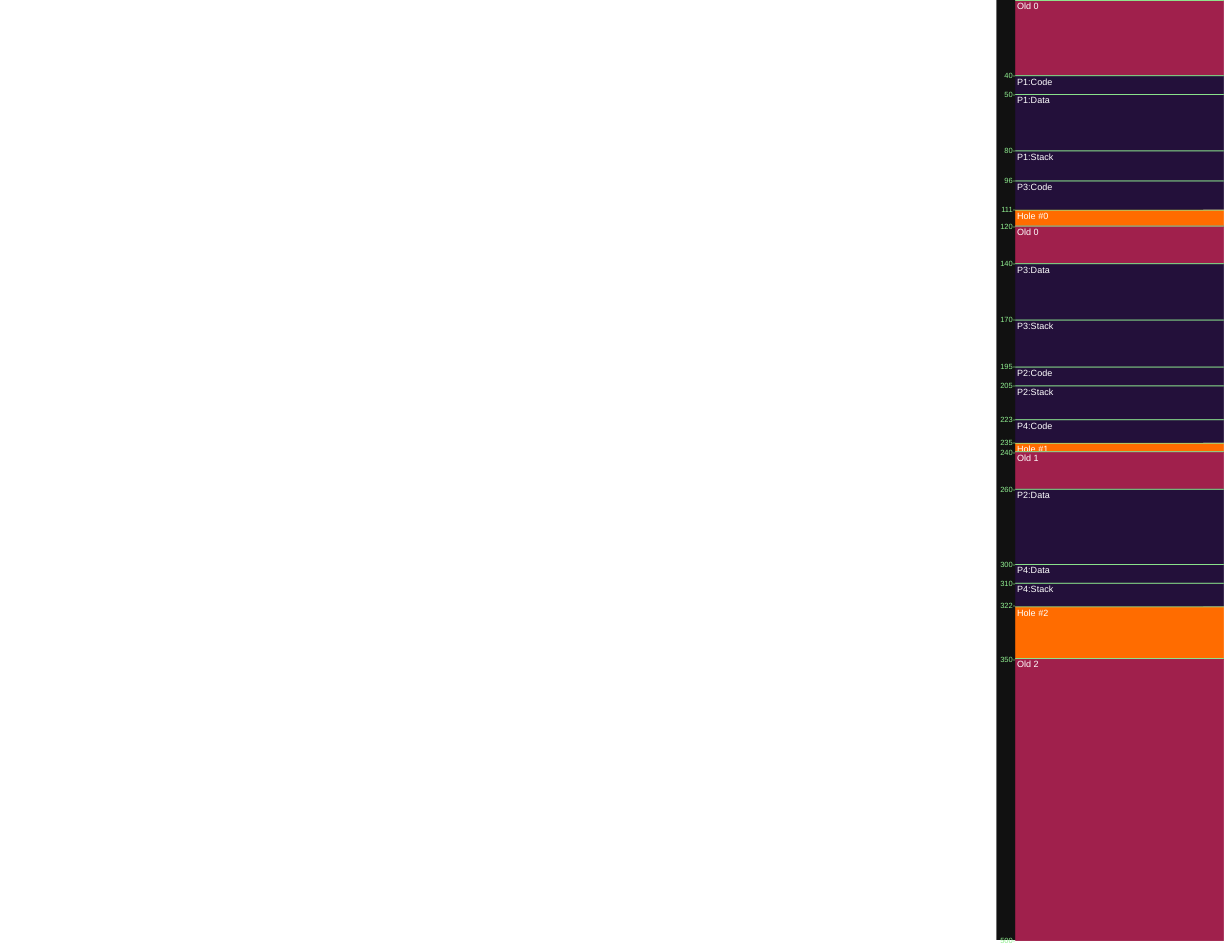
Repository: atout811/memory-allocation-project
Page: /#/final
The author's editor kept a copy of each file at every save. The page is drawn from the files as they stood at one save, then again after the next save.
The browser window is 1280 px wide. The page is 1302 px wide, so the pictures cover 1302 px, including what lies to the right of the window. The pictures show the whole page, at 94% of full size.
The project was rebuilt for these pictures with package versions that can differ from the ones it lists, and the page was loaded fresh each time. Also part of the build but not shown: src/views/MemoryAndHoles.vue, src/views/Process.vue, src/views/Methods.vue.

Above is the page before, as saved 2021-06-09 22:21:21.

After the next save:
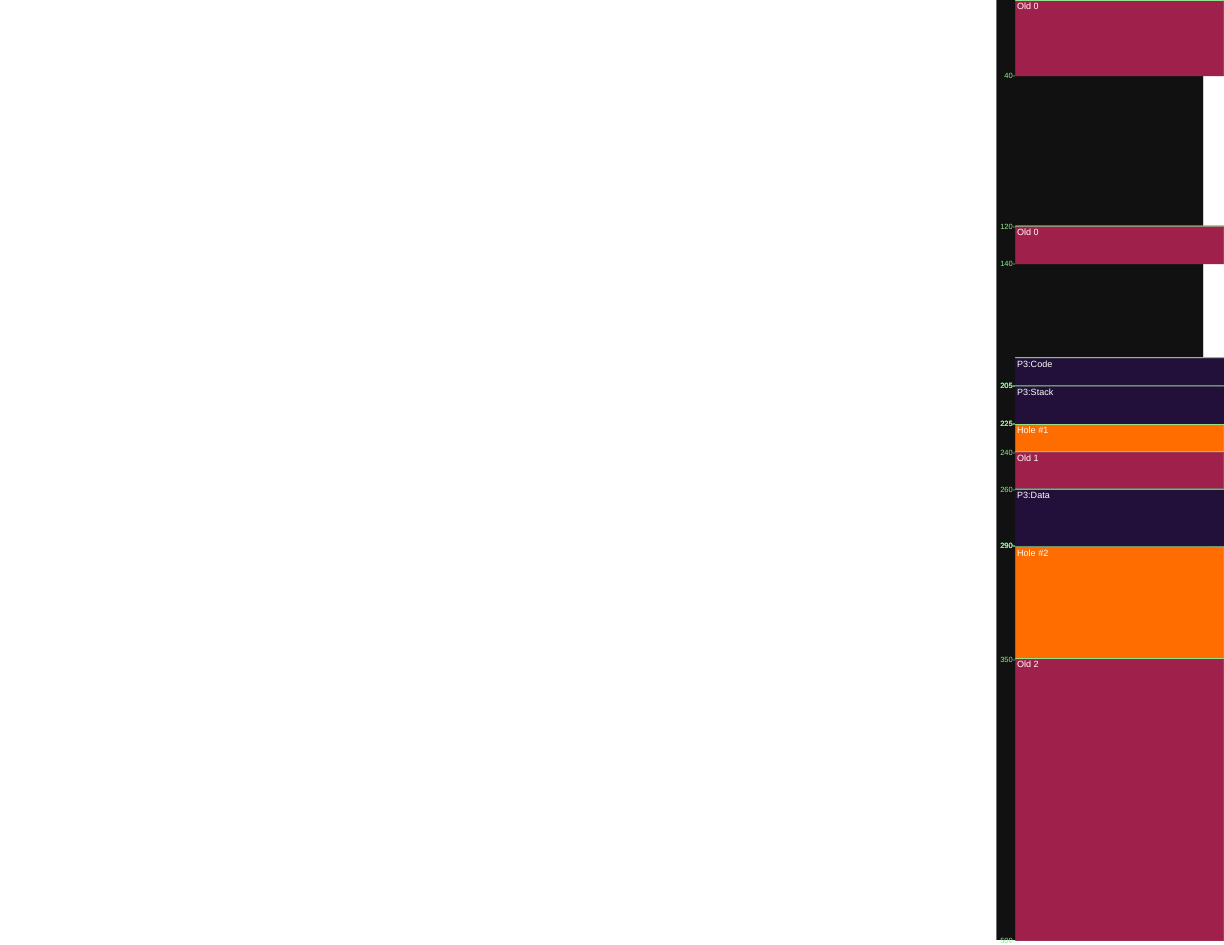
Saved 38 s later.
--- a/src/views/Final.vue
+++ b/src/views/Final.vue
@@ -38,13 +38,8 @@
       }),
       item.name,
     ]);
-    console.log("testoooooo: ", test);
-    let processes = [
-      [null, { code: [10], data: [30], stack: [16] }, "p1"],
-      [null, { code: [15], data: [30], stack: [25] }, "p3"],
-      [null, { code: [10], data: [40], stack: [18] }, "p2"],
-      [null, { code: [12], data: [10], stack: [12] }, "p4"],
-    ]; //start,size,name
+    let processes = test.map((item) => [null, obj, item[2]]);
+    console.log("prooooooooooocess: ", processes);
     let OldProcess = [];
 
     function generateOldProcess() {

After the save that followed:
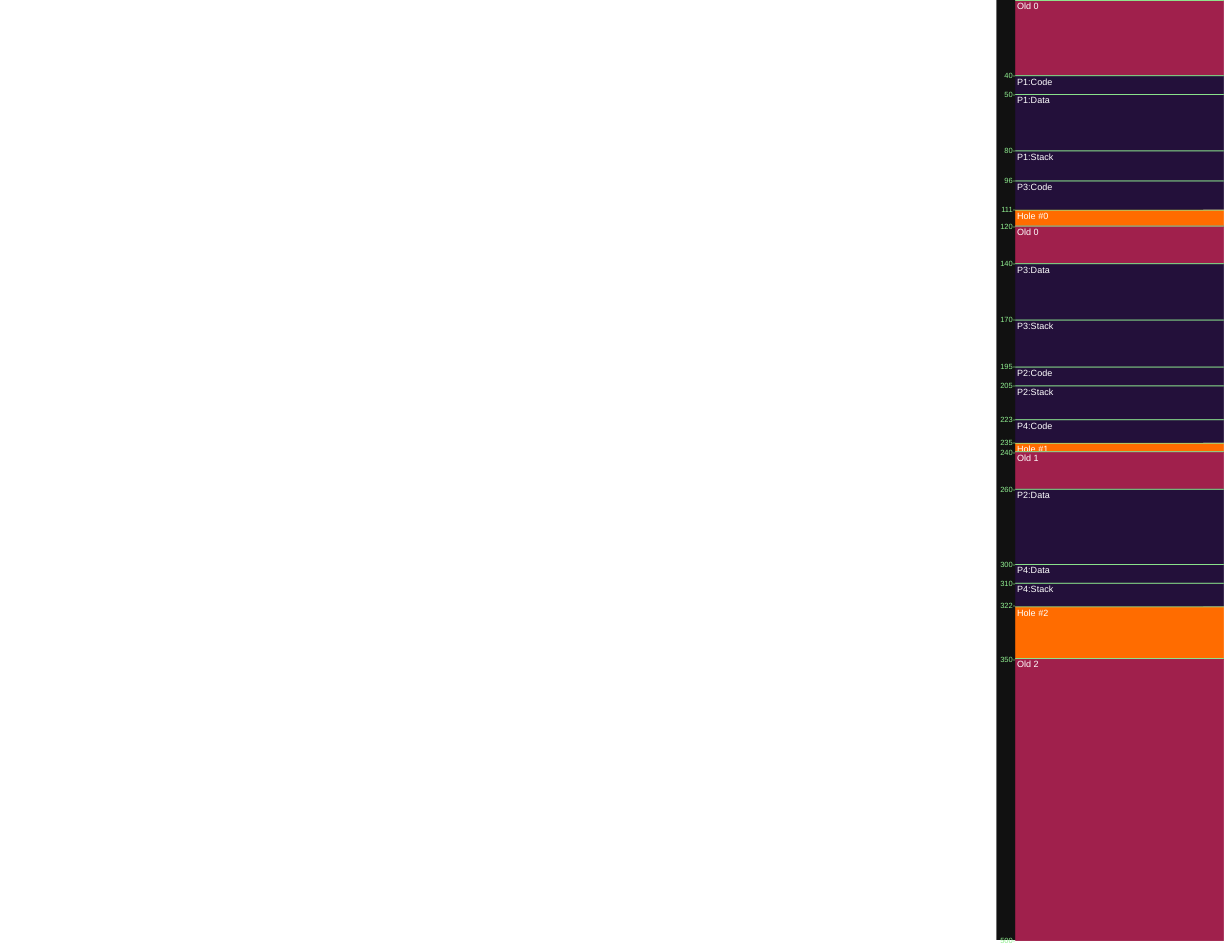
Saved 72 s later.
--- a/src/views/Final.vue
+++ b/src/views/Final.vue
@@ -38,7 +38,13 @@
       }),
       item.name,
     ]);
-    let processes = test.map((item) => [null, obj, item[2]]);
+    // let processes = test.map((item) => [null, obj, item[2]]);
+    let processes = [
+      [null, { code: [10], data: [30], stack: [16] }, "p1"],
+      [null, { code: [15], data: [30], stack: [25] }, "p3"],
+      [null, { code: [10], data: [40], stack: [18] }, "p2"],
+      [null, { code: [12], data: [10], stack: [12] }, "p4"],
+    ]; //start,size,name
     console.log("prooooooooooocess: ", processes);
     let OldProcess = [];
 
